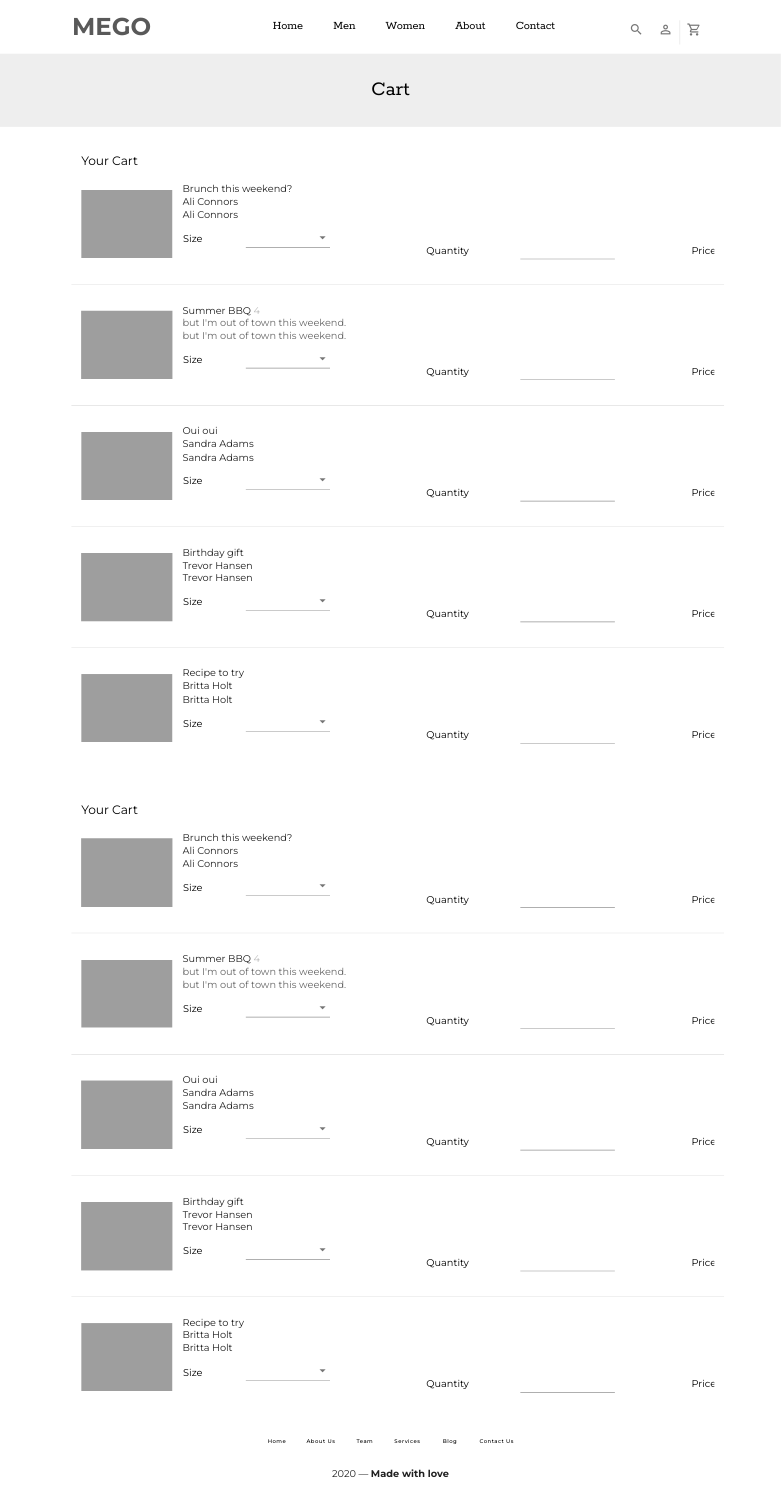
Repository: nguyenphuong152/mego-frontend
Page: /cart (app in frontend/)
An editor plug-in stored every save of this project. The page is shown before and after the next save, followed by the edit.
The browser window is 1280 px wide. The pictures show the whole page, at 61% of full size.
Pictures or frames that could not be fetched are drawn as grey boxes. The project was rebuilt for these pictures with package versions that can differ from the ones it lists, and the page was loaded fresh each time. Also part of the build but not shown: frontend/vue.config.js, frontend/src/components/Customer/Collection.vue, frontend/src/components/Customer/Banner.vue, frontend/src/components/Customer/BestSeller.vue, frontend/src/components/Customer/Partner.vue, frontend/src/views/Customer/Home.vue, frontend/src/components/Customer/ProductCategory.vue, frontend/src/components/Customer/ProductView.vue and 10 more. Imported but missing from the stored project, and not drawn on this page: frontend/src/views/Admin/Category.vue, frontend/src/views/Admin/ManageProduct.vue, frontend/src/views/Admin/ManageUser.vue, frontend/src/views/Admin/OrderList.vue.

Above is the page before, as saved 2020-11-26 16:33:33.

After the next save:
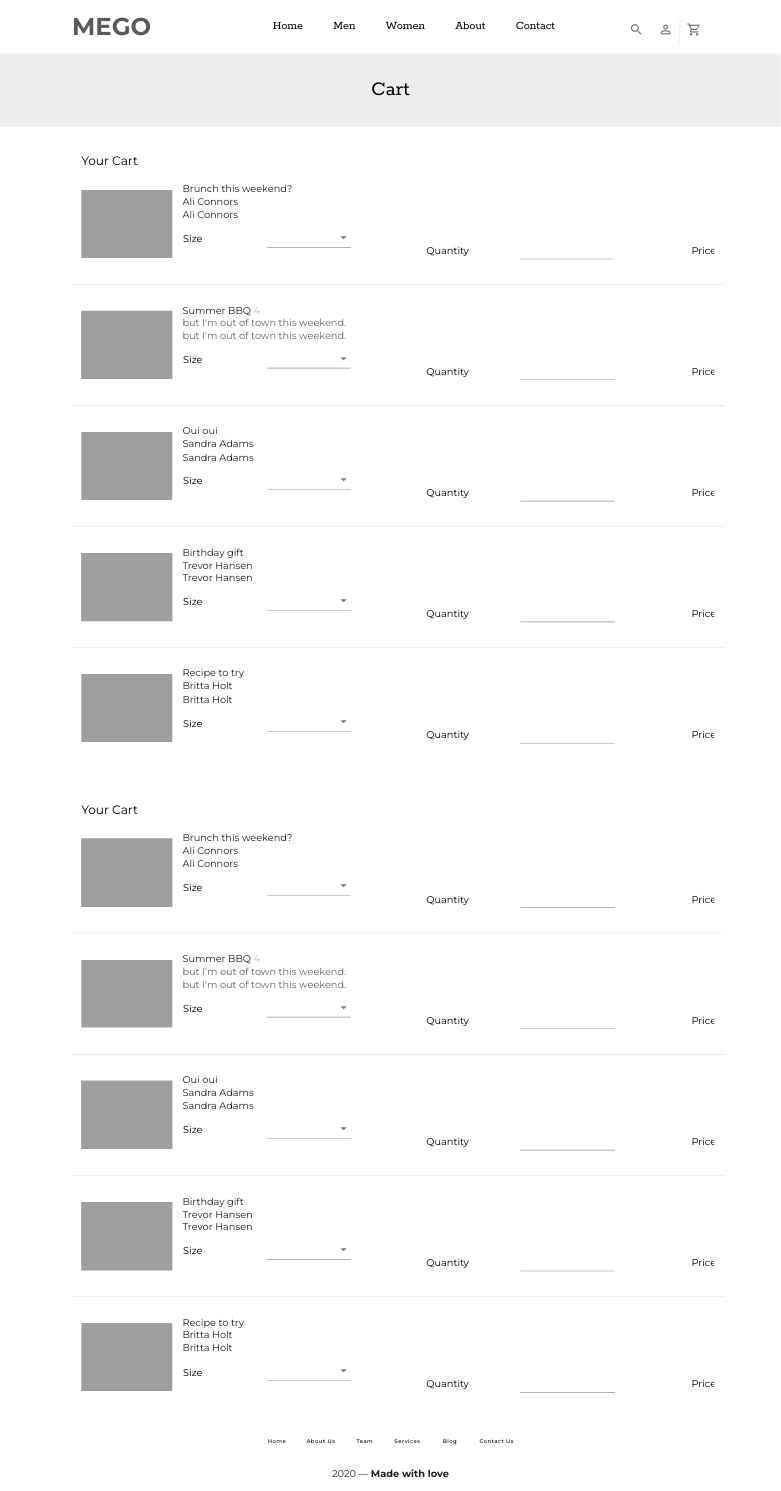
Saved 10 s later.
--- a/frontend/src/components/Customer/TotalProducts.vue
+++ b/frontend/src/components/Customer/TotalProducts.vue
@@ -27,7 +27,7 @@
               v-html="item.subtitle"
             ></v-list-item-subtitle>
             <v-row class="pl-4 d-flex align-center">
-              <v-col class="pa-0 admin" cols="3">
+              <v-col class="pa-0 admin" cols="4">
                 <a>Size</a>
               </v-col>
               <v-col class="pa-0 admin text-start " cols="4">
